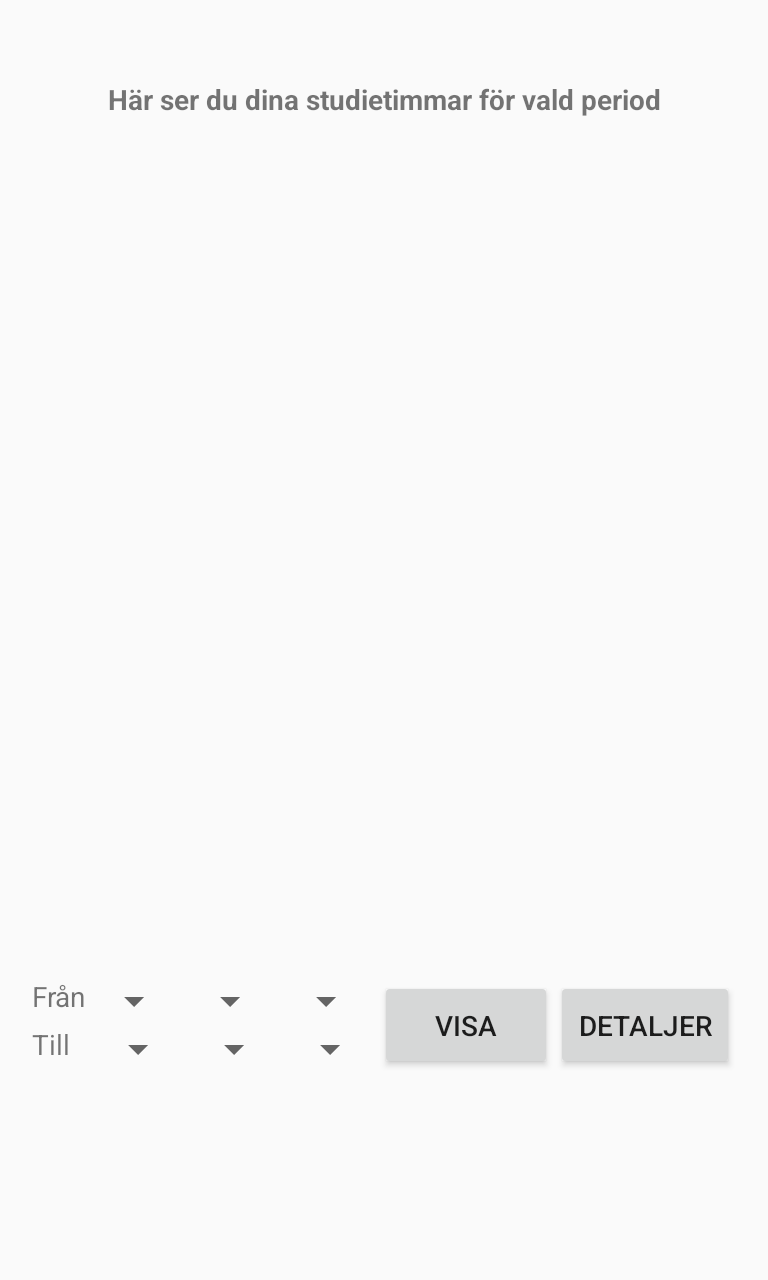
Repository: Dinova/Studiekoll
Layout: Studiekoll/Studiekoll/res/layout/fragment_graph.xml
The author's editor kept a copy of each file at every save. The layout is drawn from the files as they stood at one save, then again after the next save.
It is drawn on a 768 x 1280 px phone screen (xhdpi) without system bars, with theme AppTheme; the app's code is not run.

Above is the layout before, as saved 2014-05-20 10:24:10.

After the next save:
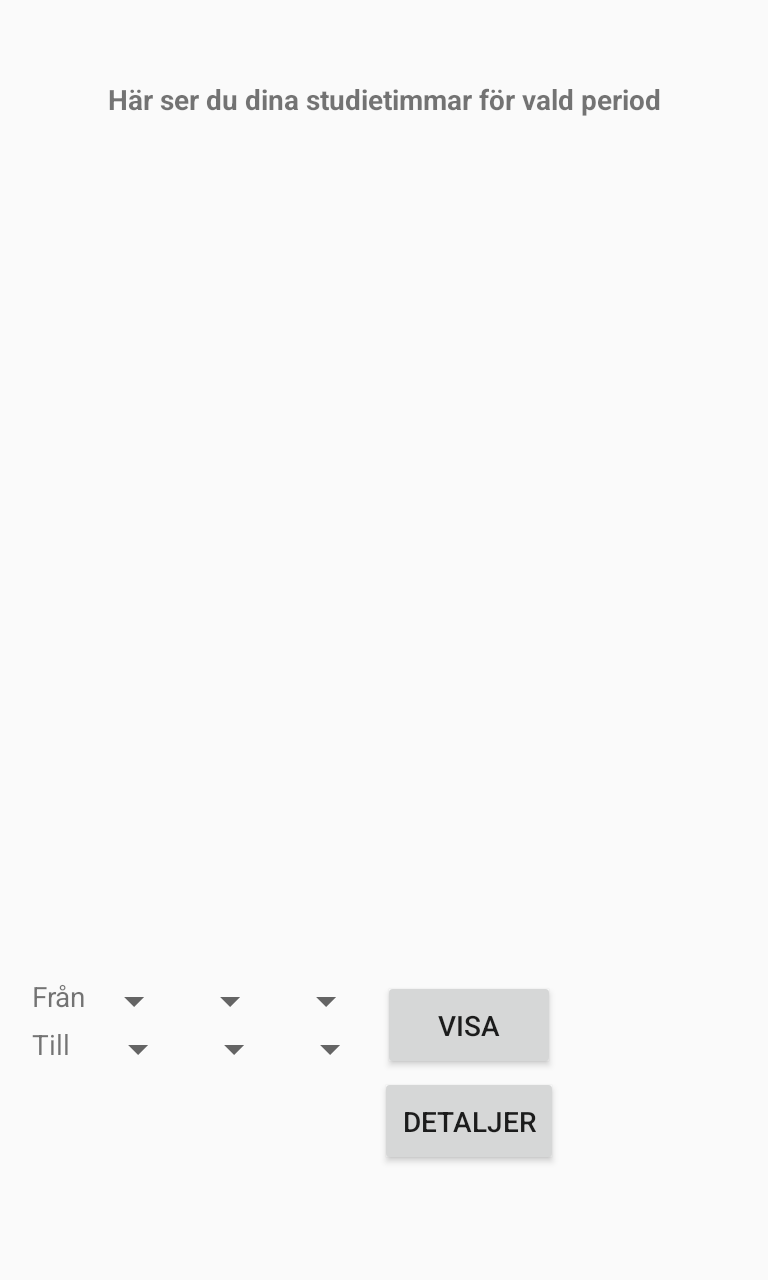
Saved 112 s later.
--- a/Studiekoll/Studiekoll/res/layout/fragment_graph.xml
+++ b/Studiekoll/Studiekoll/res/layout/fragment_graph.xml
@@ -117,7 +117,7 @@
 		<LinearLayout
 		    android:layout_width="wrap_content"
        		android:layout_height="wrap_content"
-       		android:orientation="horizontal">
+       		android:orientation="vertical">
 
 		    <Button
 	        	android:layout_width="wrap_content"
